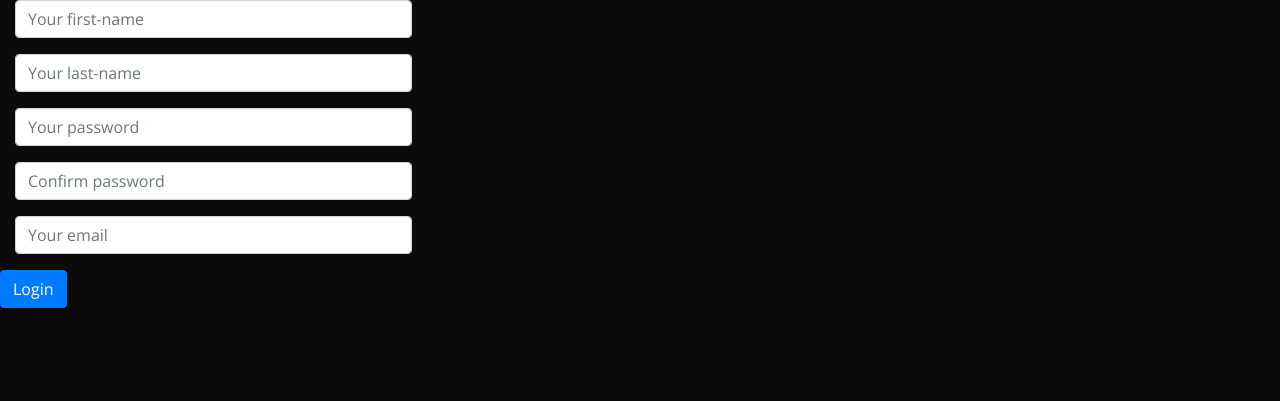
Repository: Amalraveendran/Amal
Page: http://localhost/cakehub/deliveryPartner.jsp
The author's editor kept a copy of each file at every save. The page is drawn from the files as they stood at one save, then again after the next save.
The browser window is 1280 px wide. The pictures show the whole page.
Some web fonts or font styles are not loaded; a fallback is used. The page is served by Tomcat 9. Other server files are loaded and not shown.

Above is the page before, as saved 2021-01-30 07:22:01.

### Eclipse Workspace/cakehub/WebContent/deliveryPartner.jsp
<%@ page language="java" contentType="text/html; charset=ISO-8859-1"
    pageEncoding="ISO-8859-1"%>
<!DOCTYPE html>
<html>
<head>
<meta charset="ISO-8859-1">
<title>Delivery Partner Registration</title>
<link href="assets/img/back.jpg" rel="icon">
  <link href="assets/img/index.jpg" rel="apple-touch-icon">

  <!-- Google Fonts -->
  <link href="https://fonts.googleapis.com/css?family=Open+Sans:300,300i,400,400i,600,600i,700,700i|Playfair+Display:ital,wght@0,400;0,500;0,600;0,700;1,400;1,500;1,600;1,700|Poppins:300,300i,400,400i,500,500i,600,600i,700,700i" rel="stylesheet">

  <!-- Vendor CSS Files -->
  <link href="assets/vendor/bootstrap/css/bootstrap.min.css" rel="stylesheet">
  <link href="assets/vendor/icofont/icofont.min.css" rel="stylesheet">
  <link href="assets/vendor/boxicons/css/boxicons.min.css" rel="stylesheet">
  <link href="assets/vendor/animate.css/animate.min.css" rel="stylesheet">
  <link href="assets/vendor/owl.carousel/assets/owl.carousel.min.css" rel="stylesheet">
  <link href="assets/vendor/venobox/venobox.css" rel="stylesheet">
  <link href="assets/vendor/aos/aos.css" rel="stylesheet">

  <!-- Template Main CSS File -->
  <link href="assets/css/style.css" rel="stylesheet">
</head>
<body>


<div>
<form action="DeliveryPartnerDao" >

            <div class="col-lg-4 col-md-6 form-group">
              <input type="text" class="form-control" name="fname" id="fname" placeholder="Your first-name" data-rule="email" data-msg="Please enter a valid email">

            </div>
             <div class="col-lg-4 col-md-6 form-group">
              <input type="text" class="form-control" name="lname" id="lname" placeholder="Your last-name" data-rule="email" data-msg="Please enter a valid email">

            </div>
            <div class="col-lg-4 col-md-6 form-group">
              <input type="password" class="form-control" name="pwd" id="pwd" placeholder="Your password" data-rule="minlen:4" data-msg="Please enter at least 4 chars">
			</div>
			 <div class="col-lg-4 col-md-6 form-group">
              <input type="password" class="form-control" name="pwd" id="cpwd" placeholder="Confirm password" data-rule="minlen:4" data-msg="Please enter at least 4 chars">
			</div>

			  <div class="col-lg-4 col-md-6 form-group">
              <input type="email" class="form-control" name="uname" id="email" placeholder="Your email" data-rule="email" data-msg="Please enter a valid email">

            </div>


            <input type="submit" class="btn btn-primary" value="Login">



</form>
 </div>



<script src="assets/vendor/jquery/jquery.min.js"></script>
  <script src="assets/vendor/bootstrap/js/bootstrap.bundle.min.js"></script>
  <script src="assets/vendor/jquery.easing/jquery.easing.min.js"></script>
  <script src="assets/vendor/php-email-form/validate.js"></script>
  <script src="assets/vendor/owl.carousel/owl.carousel.min.js"></script>
  <script src="assets/vendor/isotope-layout/isotope.pkgd.min.js"></script>
  <script src="assets/vendor/venobox/venobox.min.js"></script>
  <script src="assets/vendor/aos/aos.js"></script>

  <!-- Template Main JS File -->
  <script src="assets/js/main.js"></script>
</body>
</html>

Loaded but not shown: Eclipse Workspace/cakehub/WebContent/assets/js/main.js (220 lines, source omitted); Eclipse Workspace/cakehub/WebContent/assets/css/style.css (1797 lines, source omitted)

After the next save:
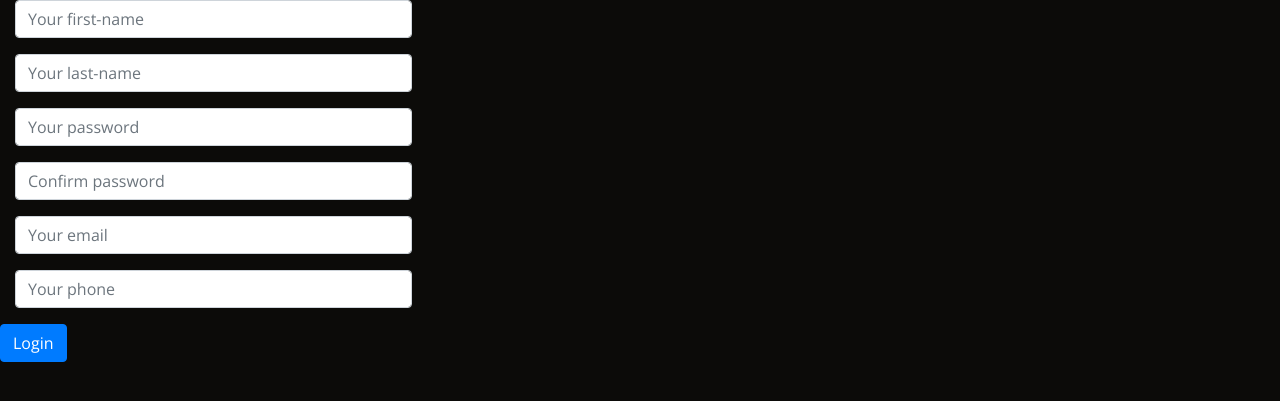
Saved 31 s later.
--- a/Eclipse Workspace/cakehub/WebContent/deliveryPartner.jsp
+++ b/Eclipse Workspace/cakehub/WebContent/deliveryPartner.jsp
@@ -48,7 +48,10 @@
               <input type="email" class="form-control" name="uname" id="email" placeholder="Your email" data-rule="email" data-msg="Please enter a valid email">
 
             </div>
+	 <div class="col-lg-4 col-md-6 form-group">
+              <input type="text" class="form-control" name="number" id="uname" placeholder="Your phone" data-rule="email" data-msg="Please enter a valid email">
 
+            </div>
 
             <input type="submit" class="btn btn-primary" value="Login">
 
